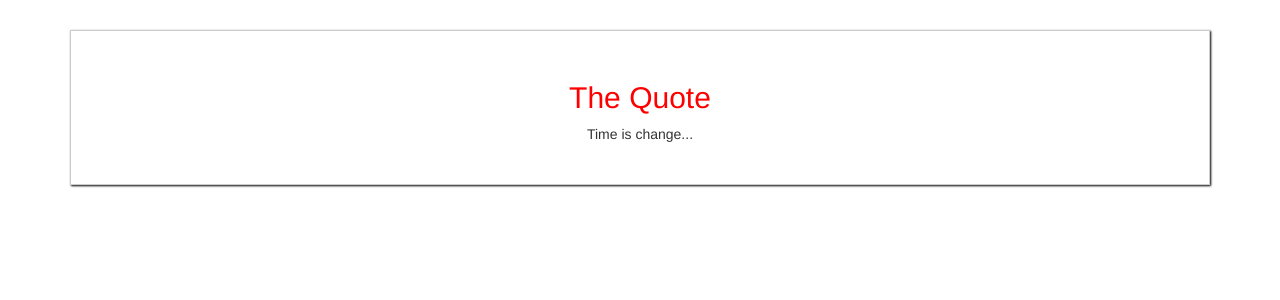
Repository: wojkos/Learn
Page: / (app in Vue/module9/)
The author's editor kept a copy of each file at every save. The page is drawn from the files as they stood at one save, then again after the next save.
The browser window is 1280 px wide. The pictures show the whole page.
The project was rebuilt for these pictures with package versions that can differ from the ones it lists, and the page was loaded fresh each time. Also part of the build but not shown: Vue/module9/webpack.config.js.

Above is the page before, as saved 2018-04-26 16:49:09.

### Vue/module9/src/App.vue
<template>
    <div class="container">
        <div class="row">
            <div class="col-xs-12">
               <appQuote>
                    <h2>{{ quoteTitle }}</h2>
                    <p>Time is change...</p>
               </appQuote>
            </div>
        </div>
    </div>
</template>

<script>
        import Quote from './components/Quote.vue'
    export default {
        data: function() {
            return {
                quoteTitle: 'The Quote'
            }
        },
        components: {
            appQuote: Quote
        }
    }
</script>

<style>
</style>

### Vue/module9/src/components/Quote.vue
<template>
		<div>
			<slot></slot>
		</div>
</template>

<script>
	export default{
		props: ['quote']
	}
</script>

<style scoped>
		div {
			border: 1px solid #ccc;
			box-shadow: 1px 1px 2px black;
			padding: 30px;
			margin: 30px auto;
			text-align: center;
		}
		h2 {
			color: red;
		}
</style>

Loaded but not shown: Vue/module9/index.html (common file); Vue/module9/src/main.js (common file)

After the next save:
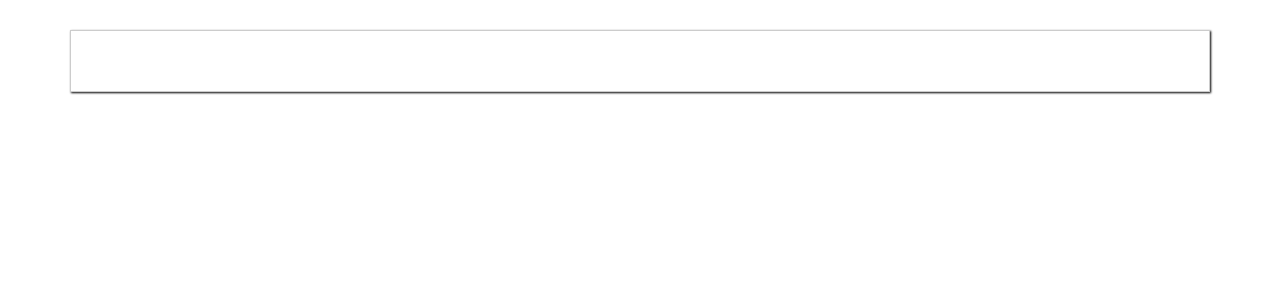
Saved 4 min 15 s later.
--- a/Vue/module9/src/App.vue
+++ b/Vue/module9/src/App.vue
@@ -3,8 +3,8 @@
         <div class="row">
             <div class="col-xs-12">
                <appQuote>
-                    <h2>{{ quoteTitle }}</h2>
-                    <p>Time is change...</p>
+                    <h2 slot="title">{{ quoteTitle }}</h2>
+                    <p slot="content">Time is change...</p>
                </appQuote>
             </div>
         </div>
